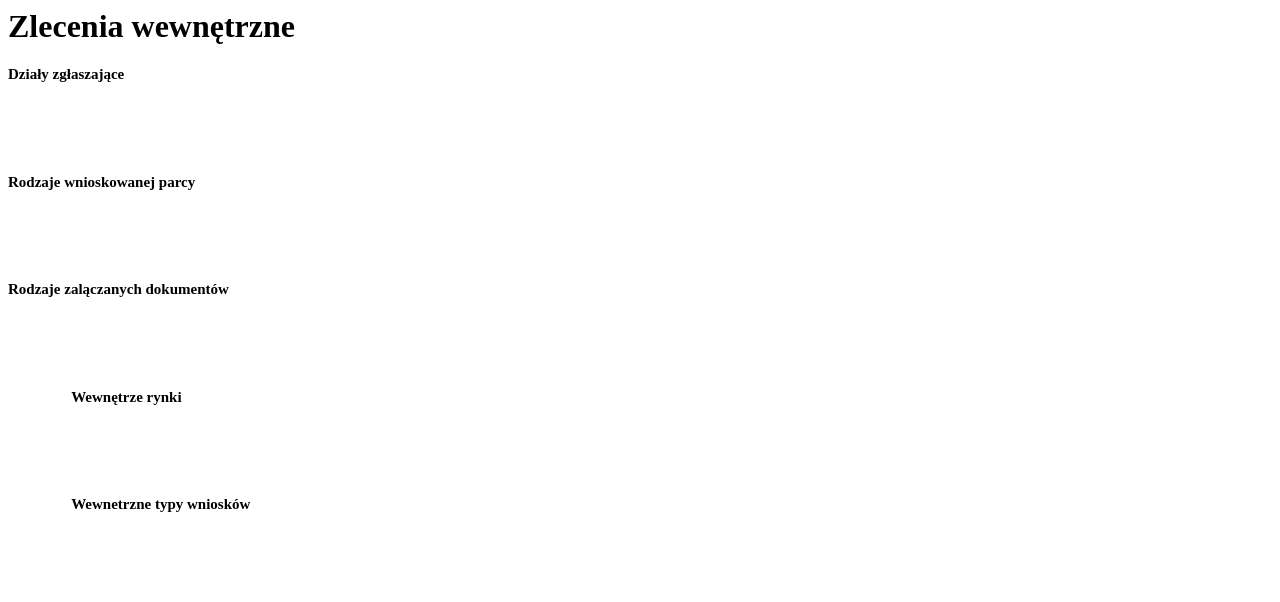
Repository: emdes515/EHpanel
Page: html/dashboardZleceniaWewnetrzne.html
An editor plug-in stored every save of this project. The page is shown before and after the next save, followed by the edit.
The browser window is 1280 px wide. The pictures show the whole page.

Above is the page before, as saved 2024-04-18 07:55:25.
Console error: ReferenceError: $ is not defined

After the next save:
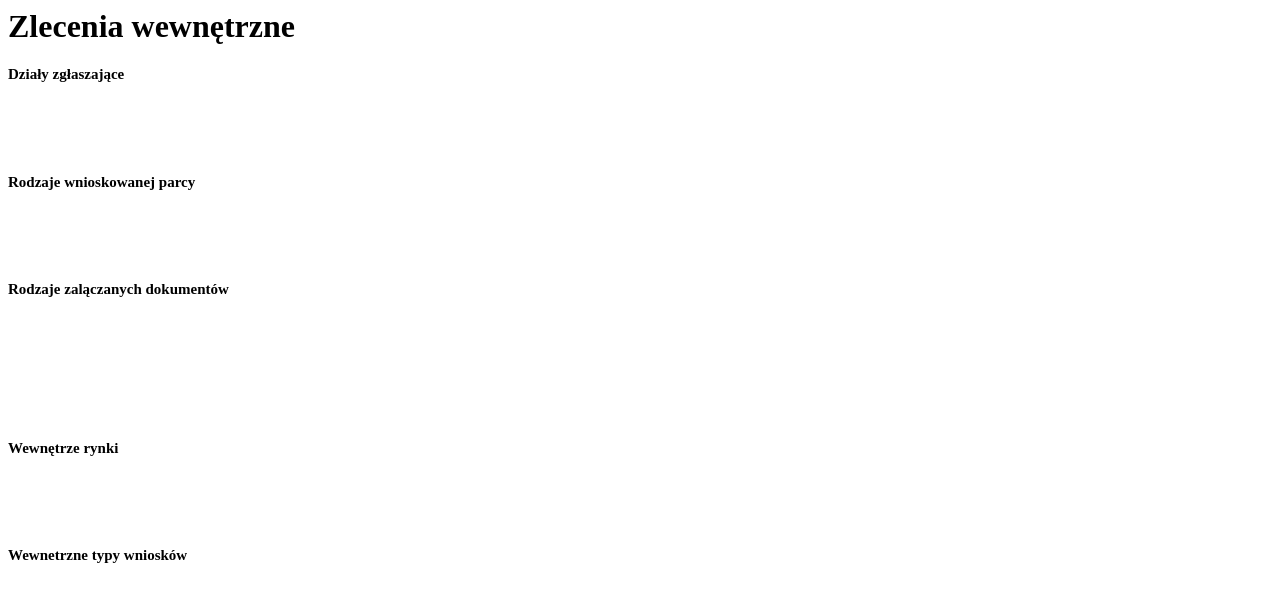
Saved 11 s later.
--- a/html/dashboardZleceniaWewnetrzne.html
+++ b/html/dashboardZleceniaWewnetrzne.html
@@ -35,7 +35,7 @@
 
 	<div
 		class="row"
-		style="margin: 0 5%">
+		style="margin: 5% 0">
 		<div
 			class="col-4"
 			id="dashboardZleceniaWewnetrzneRynki">
